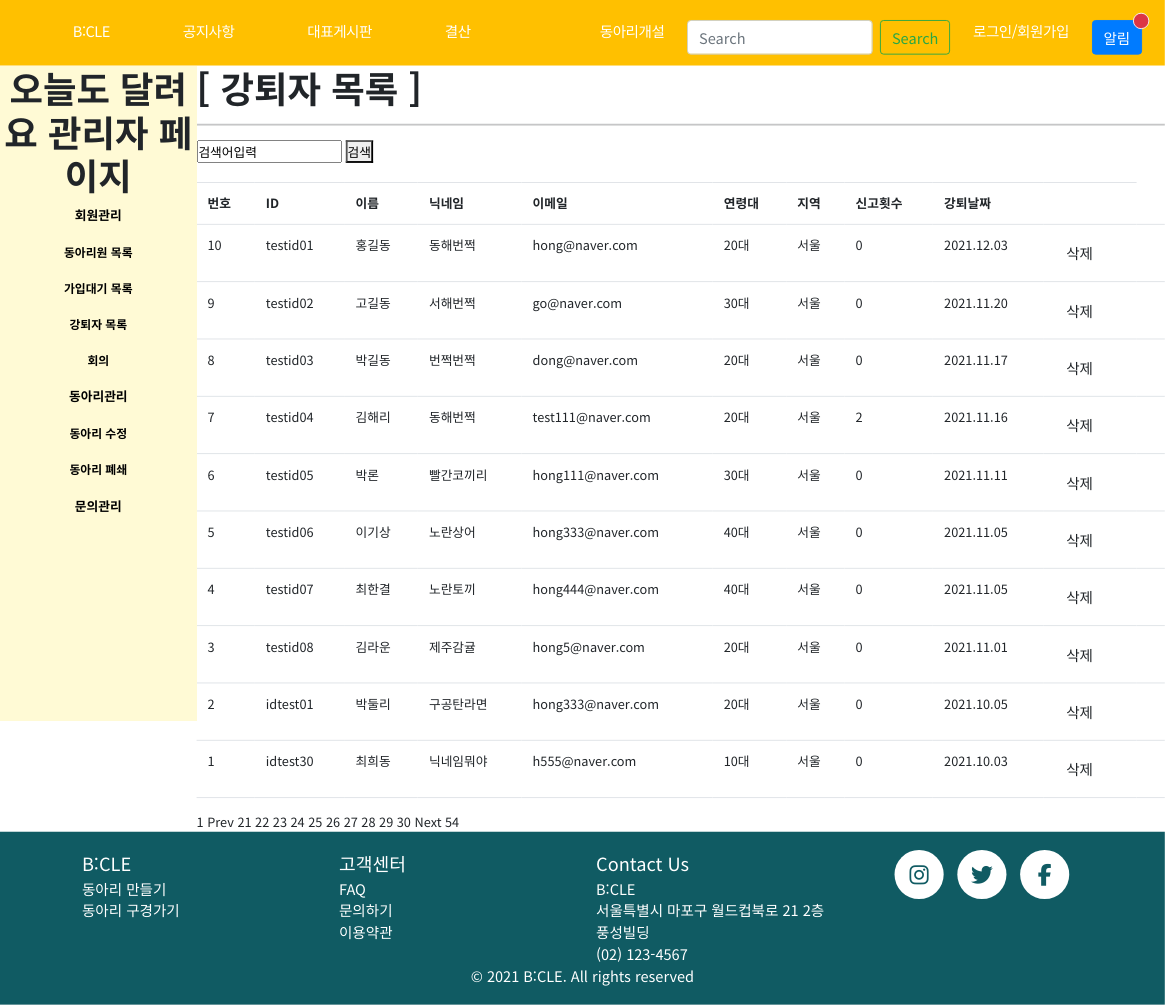
Repository: hyodii/FinalProject
Page: http://localhost/ViewPage/test3.jsp
These files come from the project's save history. The page is drawn as it stood at one moment and after the next save; the edit follows.
The browser window is 1280 px wide. The pictures show the whole page, at 91% of full size.
Some web fonts or font styles are not loaded; a fallback is used. Some web libraries are served in a nearby version. The page is served by Tomcat 9.

Above is the page before, as saved 2021-12-08 10:36:05.
Console error (its wording comes from the project's code and is left out).

### ViewPage/WebContent/test3.jsp
<%@ page contentType="text/html; charset=UTF-8"%>
<%@ taglib prefix="c" uri="http://java.sun.com/jsp/jstl/core"%>
<%
   request.setCharacterEncoding("UTF-8");
String cp = request.getContextPath();
%>
<!DOCTYPE html>
<html>
<head>
<meta charset="UTF-8">
<title>exit.jsp</title>
</head>
<body>

<!--
 exit.jsp
-  동아리 관리자 페이지- 회원관리  - 강퇴자 목록

 -->

   <div class="wrap">
      <!-- 네브 영역 -->
      <div>
         <c:import url="nav.jsp"></c:import>
      </div>

      <!-- 메뉴 영역 -->
      <div>
         <c:import url="X_beeAdminPageSideTab.jsp"></c:import>
      </div>


      <!-- 콘텐츠 영역 -->
      <div id="content" style="margin-left: 30vh;">
         <h1>[ 강퇴자 목록 ]</h1>
         <hr>

         <div>
            <form action="">
               <input type="text" value="검색어입력" class="search" />
               <button type="button" >검색</button>
            </form>
         </div>
         <br>

          <table id="outMembers" class="table" >
           <tr>
              <!-- 항목 10EA -->
              <th>번호</th>
              <th>ID</th>
              <th>이름</th>
              <th>닉네임</th>
              <th>이메일</th>
              <th>연령대</th>
              <th>지역</th>
              <th>신고횟수</th>
              <th>강퇴날짜</th>
              <th></th>
           </tr>

           <tr>
              <td>10</td>
              <td>testid01</td>
              <td>홍길동</td>
              <td>동해번쩍</td>
              <td>hong@naver.com</td>
              <td>20대</td>
              <td>서울</td>
              <td>0</td>
              <td>2021.12.03</td>
              <td><button type="button" class="btn">삭제</button><td>
           </tr>
           <tr>
              <td>9</td>
              <td>testid02</td>
              <td>고길동</td>
              <td>서해번쩍</td>
              <td>go@naver.com</td>
              <td>30대</td>
              <td>서울</td>
              <td>0</td>
              <td>2021.11.20</td>
              <td><button type="button" class="btn">삭제</button><td>
           </tr>
           <tr>
              <td>8</td>
              <td>testid03</td>
              <td>박길동</td>
              <td>번쩍번쩍</td>
              <td>dong@naver.com</td>
              <td>20대</td>
              <td>서울</td>
              <td>0</td>
              <td>2021.11.17</td>
              <td><button type="button" class="btn">삭제</button><td>
           </tr>
           <tr>
              <td>7</td>
              <td>testid04</td>
              <td>김해리</td>
              <td>동해번쩍</td>
              <td>test111@naver.com</td>
              <td>20대</td>
              <td>서울</td>
              <td>2</td>
              <td>2021.11.16</td>
              <td><button type="button" class="btn">삭제</button><td>
           </tr>
           <tr>
              <td>6</td>
              <td>testid05</td>
              <td>박론</td>
              <td>빨간코끼리</td>
              <td>hong111@naver.com</td>
              <td>30대</td>
              <td>서울</td>
              <td>0</td>
              <td>2021.11.11</td>
              <td><button type="button" class="btn">삭제</button><td>
           </tr>
           <tr>
              <td>5</td>
              <td>testid06</td>
              <td>이기상</td>
              <td>노란상어</td>
              <td>hong333@naver.com</td>
              <td>40대</td>
              <td>서울</td>
              <td>0</td>
              <td>2021.11.05</td>
              <td><button type="button" class="btn">삭제</button><td>
           </tr>
           <tr>
              <td>4</td>
              <td>testid07</td>
              <td>최한결</td>
              <td>노란토끼</td>
              <td>hong444@naver.com</td>
              <td>40대</td>
              <td>서울</td>
              <td>0</td>
              <td>2021.11.05</td>
              <td><button type="button" class="btn">삭제</button><td>
           </tr>
           <tr>
              <td>3</td>
              <td>testid08</td>
              <td>김라운</td>
              <td>제주감귤</td>
              <td>hong5@naver.com</td>
              <td>20대</td>
              <td>서울</td>
              <td>0</td>
              <td>2021.11.01</td>
              <td><button type="button" class="btn">삭제</button><td>
           </tr>
           <tr>
              <td>2</td>
              <td>idtest01</td>
              <td>박둘리</td>
              <td>구공탄라면</td>
              <td>hong333@naver.com</td>
              <td>20대</td>
              <td>서울</td>
              <td>0</td>
              <td>2021.10.05</td>
              <td><button type="button" class="btn">삭제</button><td>
           </tr>
           <tr>
              <td>1</td>
              <td>idtest30</td>
              <td>최희동</td>
              <td>닉네임뭐야</td>
              <td>h555@naver.com</td>
              <td>10대</td>
              <td>서울</td>
              <td>0</td>
              <td>2021.10.03</td>
              <td><button type="button" class="btn">삭제</button><td>
           </tr>

           </table>

         <div >

            <p>1 Prev 21 22 23 24 25 26 27 28 29 30 Next 54</p>
         </div>



      </div>

      <!-- 풋터영역 -->
         <div>
            <c:import url="footer.jsp"></c:import>
         </div>


   </div>



</body>
</html>

### ViewPage/WebContent/nav.jsp
<%@ page contentType="text/html; charset=UTF-8"%>
<%@ taglib prefix="c" uri="http://java.sun.com/jsp/jstl/core"%>
<%
	request.setCharacterEncoding("UTF-8");
String cp = request.getContextPath();
%>
<!DOCTYPE html>
<html lang="ko">
<head>
<meta charset="UTF-8">
<meta name="viewport" content="width=device-width, initial-scale=1">
<title>B:CLE</title>
<!-- <link rel="stylesheet" href="css/main.css"> -->
<link rel="stylesheet" href="css/font-awesome.min.css">
<link
	href="https://cdn.jsdelivr.net/npm/bootstrap@5.1.3/dist/css/bootstrap.min.css"
	rel="stylesheet"
	integrity="sha384-1BmE4kWBq78iYhFldvKuhfTAU6auU8tT94WrHftjDbrCEXSU1oBoqyl2QvZ6jIW3"
	crossorigin="anonymous">

<style>
@import
	url('https://fonts.googleapis.com/css?family=Exo+2|Noto+Sans+KR&display=swap')
	;
/*reset*/
* {
	margin: 0;
	padding: 0;
}
body {
	margin: 0;
}
h1, h2, h3, h4, h5, h6, p, ul, ol, li, dl, dt, dd {
	margin: 0;
	padding: 0;
}
h1, h2, h3, h4, h5, h6 {
	font-weight: 700;
	font-size: inherit;
}
a {
	color: inherit;
	text-decoration: inherit;
}
img {
	vertical-align: middle;
}
a img {
	border: none;
}
li {
	list-style: none;
}
address, em, i, ul {
	font-style: normal;
}
.mo {
	display: none;
}
body {
	font-family: 'Noto Sans KR', sans-serif;
	font-size: 14px;
}
header {
	font-family: 'Noto Sans KR', sans-serif;
	letter-spacing: -0.5px;
	background: rgb(255, 192, 0);
	color: white;
	height: 10vh;
	width: 100%;
	position: relative;
	margin-top: -20px;
}
.mainHeader {
	width: 100%;
	margin-top: 20px;
	box-sizing: border-box;
	vertical-align: center;
}
.mainHeader .gnbMo {
	display: none;
}
.mainHeader .gnb {
	float: left;
	margin-left: 80px;
	margin-top: 3vh;
}
.mainHeader .gnb li {
	float: left;
	margin-right: 80px;
}
.mainHeader .gnb li a {
	display: block;
	width: 100%;
	height: 100%;
	text-align: center;
	color: #fff;
	font-size: 16px;
	text-decoration-line: none;
}
.mainHeader .gnb li a:hover, .mainHeader .gnb li a:focus {
	color: #ff8342;
}
.mainHeader .tnb {
	float: right;
	margin-top: 3vh;
}
.mainHeader .tnb li {
	float: left;
	margin-right: 25px;
}
.mainHeader .tnb li a {
	display: block;
	width: 100%;
	height: 100%;
	text-align: center;
	font-size: 16px;
	color: #fff;
	text-decoration-line: none;
}
.mainHeader .tnb li:nth-child(1) a i, .mainHeader .tnb li:nth-child(2) a i
	{
	font-size: 20px;
	margin-right: 8px;
}
.mainHeader .tnb li:last-child a {
	display: block;
	width: 105px;
	line-height: 2;
	border: 1px solid #fff;
	border-radius: 30px;
	margin-top: 35px;
}
.mainHeader .tnb li:last-child a i {
	margin-left: 5px;
}
.mainHeader .tnb li:last-child a:hover {
	background: #fff;
	color: #ff8342;
	transition: all 0.3s;
}
.btn-primary {
    color: #fff;
    background-color: #105b63;
    border-color: #105b63;
}
</style>


</head>
<body>
	<!--header-->
	<header>
		<div class="mainHeader">
			<nav class="gnb">
				<ul>
					<li><a href="#">B:CLE</a></li>
					<li><a href="#">공지사항</a></li>
					<li><a href="#">대표게시판</a></li>
					<li><a href="#">결산</a></li>
				</ul>
			</nav>
			<nav class="tnb">
				<ul>

					<li><a href="#">동아리개설</a></li>

					<li>
						<form class="d-flex">
							<input class="form-control me-2" type="search"
								placeholder="Search" aria-label="Search">
							<button class="btn btn-outline-success" type="submit">Search</button>
						</form>
					</li>




					<li><a href="#"></i>로그인/회원가입</a></li>
					<li><button type="button"
							class="btn btn-primary position-relative">
							알림 <span
								class="position-absolute top-0 start-100 translate-middle p-2 bg-danger border border-light rounded-circle">
								<span class="visually-hidden">New alerts</span>
							</span>
						</button></li>
				</ul>
			</nav>
			<nav class="gnbMo">
				<a href="#"><i class="fa fa-bars" aria-hidden="true"></i></a>
			</nav>
		</div>
	</header>
</body>
</html>

<!-- 검색부분에 쓸 부트스트랩 -->
<!--       <form class="d-flex">
        <input class="form-control me-2" type="search" placeholder="Search" aria-label="Search">
        <button class="btn btn-outline-success" type="submit">Search</button>
      </form> -->

### ViewPage/WebContent/X_beeAdminPageSideTab.jsp
<%@ page language="java" contentType="text/html; charset=UTF-8"
	pageEncoding="UTF-8"%>
<!DOCTYPE html>
<html>
<head>
<meta charset="UTF-8">
<title>beeAdminPageSideTab.jsp</title>
<style type="text/css">

/*reset*/
* {margin: 0;padding: 0;}
body {margin: 0;}
h1, h2, h3, h4, h5, h6, p, ul, ol, li, dl, dt, dd {margin: 0; padding: 0;}
h1, h2, h3, h4, h5, h6 {font-weight: 700; }
a {color: inherit; text-decoration: inherit;}
img {vertical-align: middle;}
a img {border: none;}
li {list-style: none;}
address, em, i, ul {font-style: normal;}

/*layout*/
.mo {display: none;}
.en {font-family: 'Exo 2', sans-serif;}
body {font-family: 'Noto Sans KR', sans-serif; font-size: 14px;}
.wrap {margin: 0 auto; }
.sidebardiv
{
	list-style-type: none;
	padding: 0px;
	margin: 0px;
	width: 30vh;
	background: #FFFAD5;
	height: 100%;
	overflow: auto;
	position: fixed;
	text-align: center;
}
ul.subSidebar
{
	font-size: small;
}
ul.sidebar, ul.subSidebar
{
	list-style: none;
	padding: 0px;
}
.sidebar li a
{
	text-decoration: none;
	padding: 10px;
	display: block;
	color: #000;
	font-weight: bold;
}

.sidebar li a:hover
{
	background: #ffd34e;
	color: #fff;
}

/* 나중에 여기에 내용 적을 때 적용 css */
.cd1
{
	margin-left: 30vh;
}
</style>

</head>
<body>

<div class="sidebardiv">
	<ul class="sidebar">
		<li><h1>오늘도 달려요 관리자 페이지</h1></li>
		<li><a href="#">회원관리</a>
			<ul class="subSidebar">
				<li><a href="#">동아리원 목록</a></li>
				<li><a href="#">가입대기 목록</a></li>
				<li><a href="#">강퇴자 목록</a></li>
				<li><a href="#">회의</a></li>
			</ul>
		</li>
		<li><a href="#">동아리관리</a>
			<ul class="subSidebar">
				<li><a href="#">동아리 수정</a></li>
				<li><a href="#">동아리 폐쇄</a></li>
			</ul>
		</li>
		<li><a href="#">문의관리</a>
		</li>
	</ul>
</div>


</body>
</html>

### ViewPage/WebContent/footer.jsp
<%@ page contentType="text/html; charset=UTF-8"%>
<%@ taglib prefix="c" uri="http://java.sun.com/jsp/jstl/core"%>
<%
	request.setCharacterEncoding("UTF-8");
	String cp = request.getContextPath();
%>
<!DOCTYPE html>
<html>
<head>
<meta charset="utf-8">
<title>B:CLE Footer(예비용)</title>

<link
	href="https://cdn.jsdelivr.net/npm/bootstrap@4.4.1/dist/css/bootstrap.min.css"
	rel="stylesheet">
<script
	src="https://cdn.jsdelivr.net/npm/bootstrap@4.4.1/dist/js/bootstrap.bundle.min.js"></script>
<link rel="preconnect" href="https://fonts.googleapis.com">
<link rel="preconnect" href="https://fonts.gstatic.com">
<link
	href="https://fonts.googleapis.com/css2?family=Noto+Sans+KR:wght@400;700&display=swap"
	rel="stylesheet">
<script src="https://kit.fontawesome.com/dab690a483.js" crossorigin="anonymous"></script>
<style type="text/css">

/*reset*/
* {margin: 0;padding: 0;}
body {margin: 0;}
h1, h2, h3, h4, h5, h6, p, ul, ol, li, dl, dt, dd {margin: 0; padding: 0;}
h1, h2, h3, h4, h5, h6 {font-weight: 700; }
a {color: inherit; text-decoration: inherit;}
img {vertical-align: middle;}
a img {border: none;}
li {list-style: none;}
address, em, i, ul {font-style: normal;}

/*layout*/
.mo {display: none;}
.en {font-family: 'Exo 2', sans-serif;}
body {font-family: 'Noto Sans KR', sans-serif; font-size: 14px;}
.wrap {margin: 0 auto; }

#footer-wrapper
{
	background-color: #105B63;
	font-family: 'Noto Sans KR', sans-serif;
	font-size: 12pt;
	/* position:fixed; */
}
.title
{
	font-family: 'Noto Sans KR', sans-serif;
	font-size: 15pt;
	color: white;
}

.container
{
	padding: 20px;
}

ul
{
   list-style:none;
   padding-left:0px;
}
a.menuitem
{
	text-decoration: none;
	text-align: center;
	color: white;
}
a.menuitem
{
	text-decoration: none;
	text-align: center;
	color: white;
}
a.menuitem:hover
{
	color: #FFD34E;
}

p.menuitem
{
	color: white;
}
.second-box
{
  display: flex;
  justify-content: flex-end;
}

.icon
{
  /* width: 40%; */
  display: flex;
  justify-content: flex-end;
  color: #105B63;
}

.icon-box
{
  width: 54px;
  height: 54px;
  background-color: white;
  border-radius: 50%;
  margin-right: 15px;
  display: flex;
  justify-content: center;
  align-items: center;
}

.icon
{
  font-size: 24px;
}
.icon:hover {
  color: #FFD34E;
}

ul.menu
{
	color: white;
}

</style>

</head>
<body>

<!-- Footer -->
<div id="footer-wrapper">
	<footer id="footer" class="container">
		<div class="row">
			<div class="col-3 col-6-medium col-12-small">

				<!-- Links -->
					<section class="widget links">
						<div class="title">B:CLE</div>
						<ul class="style2">
							<li><a href="#" class="menuitem">동아리 만들기</a></li>
							<li><a href="mainhome.action" class="menuitem">동아리 구경가기</a></li>
							<!-- <li><a href="#">Felis varius pellentesque potenti</a></li>
							<li><a href="#">Nullam scelerisque blandit leo</a></li> -->
						</ul>
					</section>

			</div>
			<div class="col-3 col-6-medium col-12-small">

				<!-- Links -->
					<section class="widget links">
						<div class="title">고객센터</div>
						<ul class="style2">
							<li><a href="#" class="menuitem">FAQ</a></li>
							<li><a href="#" class="menuitem">문의하기</a></li>
							<li><a href="#" class="menuitem">이용약관</a></li>
							<!-- <li><a href="#">Felis varius pellentesque potenti</a></li>
							<li><a href="#">Nullam scelerisque blandit leo</a></li> -->
						</ul>
					</section>

			</div>

			<div class="col-3 col-6-medium col-12-small">

				<!-- Contact -->
					<section class="widget contact last">
						<div class="title">Contact Us</div>

						<p class="menuitem">B:CLE<br />
						서울특별시 마포구 월드컵북로 21 2층 풍성빌딩<br />
						(02) 123-4567</p>
					</section>

			</div>

			<div class="col-3 col-6-medium col-12-small">

				<!-- 아이콘 -->
				<!-- <section class="widget contact last icon"> -->
					<div class="second-box">
			              <div class="icon-box">
			                  <i class="fab fa-instagram icon"></i>
			              </div>
			              <div class="icon-box">
			                  <i class="fab fa-twitter icon"></i>
			              </div>
			              <div class="icon-box">
			                  <i class="fab fa-facebook-f icon"></i>
			              </div>
					</div>
				<!-- </section> -->

			</div>

		</div>

		<div class="row">
			<div class="col-12">
				<div id="copyright">
					<ul class="menu" style="text-align: center;">
						<li>&copy; 2021 B:CLE. All rights reserved</li>
					</ul>
				</div>
			</div>
		</div>
	</footer>
</div>

</body>
</html>

After the next save:
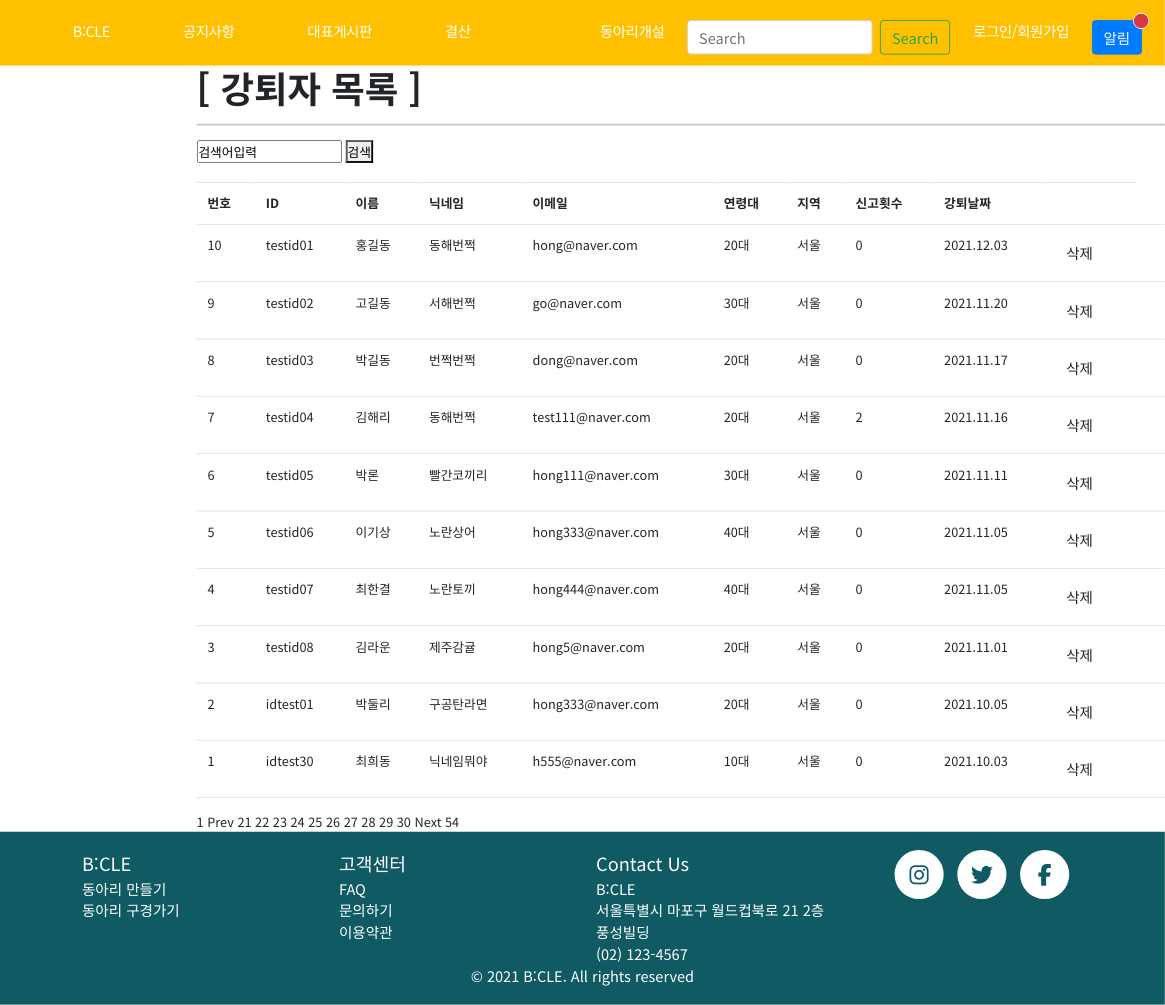
Saved 3 min 14 s later.
--- a/ViewPage/WebContent/test3.jsp
+++ b/ViewPage/WebContent/test3.jsp
@@ -24,10 +24,7 @@ String cp = request.getContextPath();
          <c:import url="nav.jsp"></c:import>
       </div>
 
-      <!-- 메뉴 영역 -->
-      <div>
-         <c:import url="X_beeAdminPageSideTab.jsp"></c:import>
-      </div>
+
 
 
       <!-- 콘텐츠 영역 -->
